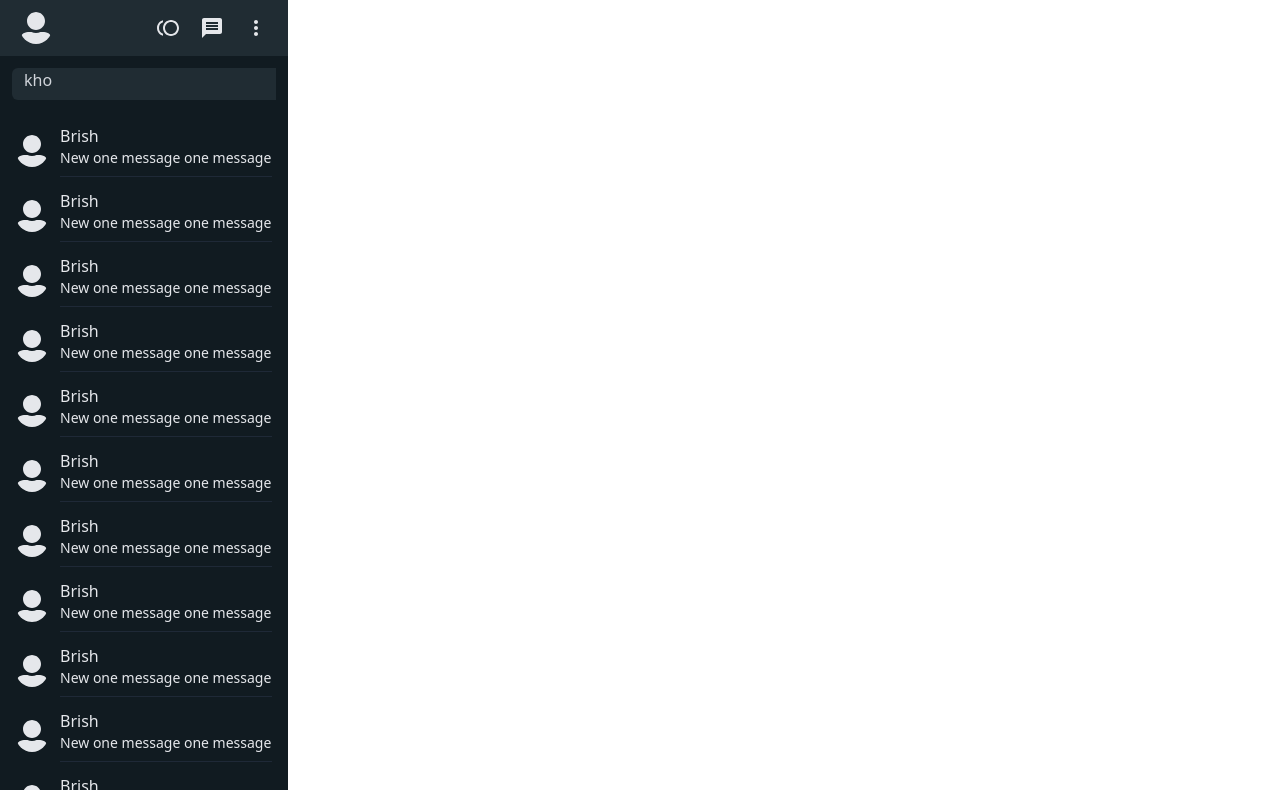
Repository: satya-ranjon/whatsapp-clone-dev
Page: /
The author's editor kept a copy of each file at every save. The page is drawn from the files as they stood at one save, then again after the next save.
The browser window is 1280 px wide. The pictures show the whole page.
The project was rebuilt for these pictures with package versions that can differ from the ones it lists, and the page was loaded fresh each time.

Above is the page before, as saved 2022-04-09 06:43:06.

After the next save:
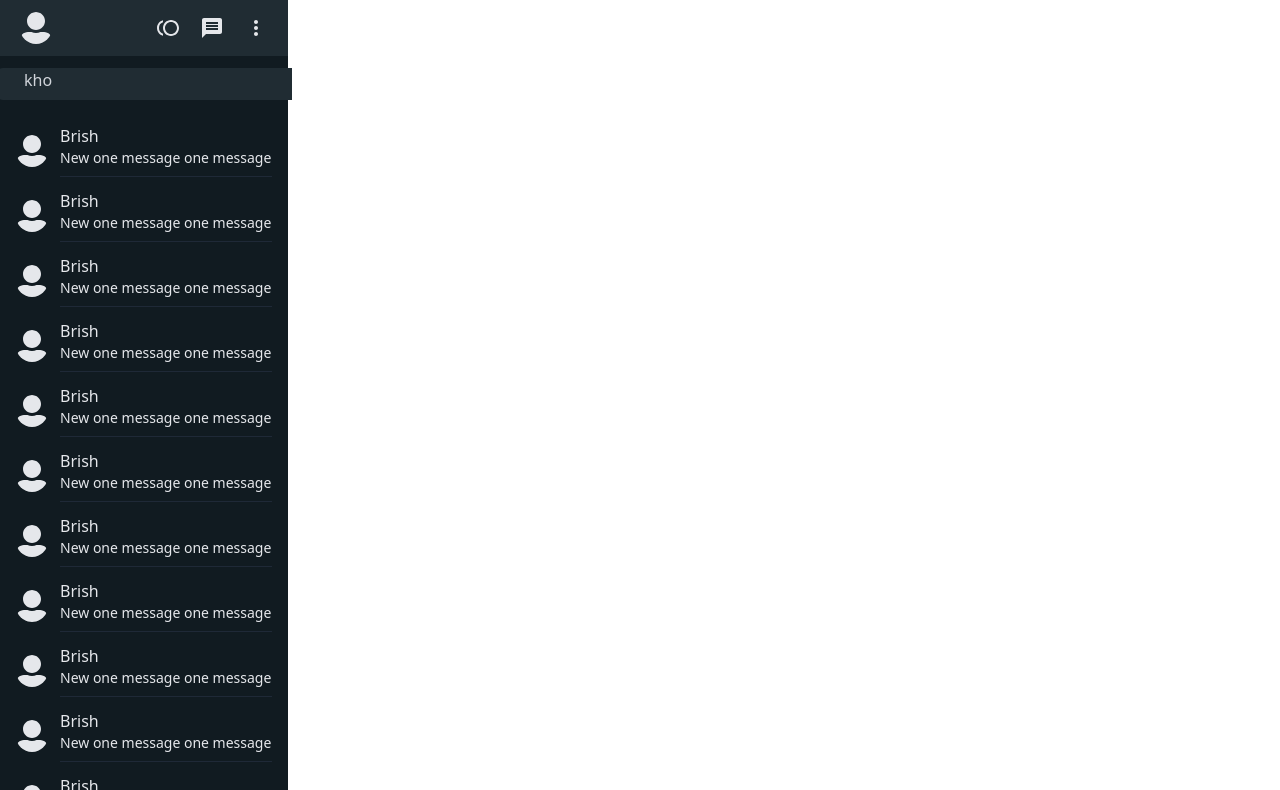
Saved 58 s later.
--- a/src/Components/SideBarUseList.jsx
+++ b/src/Components/SideBarUseList.jsx
@@ -15,7 +15,7 @@ export default function SideBarUseList() {
         <div className="pl-14 rounded-md bg-[#202c33]">
           <input
             type="text"
-            className="bg-[#202c33] w-full p-1 outline-none text-gray-300  "
+            className="bg-[#202c33]  p-1 outline-none text-gray-300  "
           />
         </div>
 
